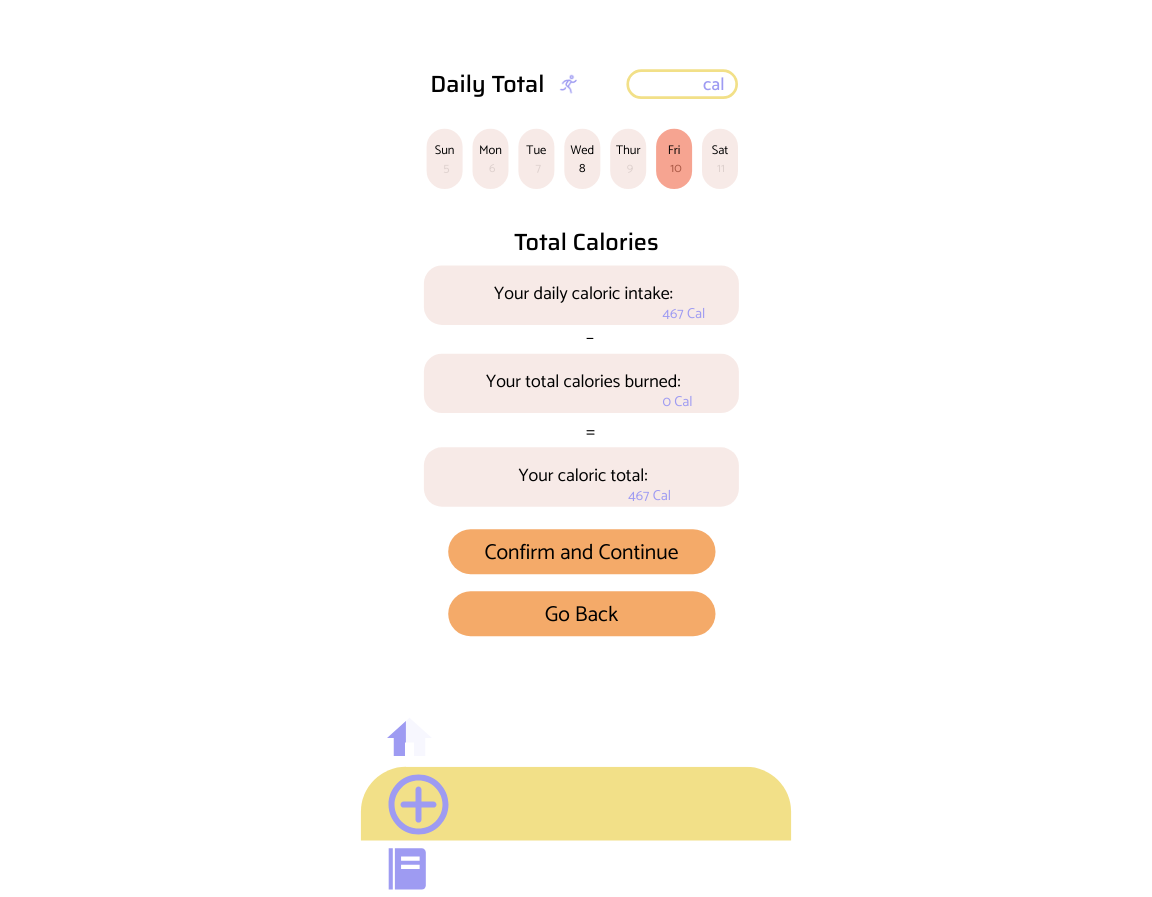
Repository: MeowCeline00/G5-Calorie-Tracker
Page: CalculateTotal/index.html
These files come from the project's save history. The page is drawn as it stood at one moment and after a run of saves; the edit follows.
The browser window is 1280 px wide. The pictures show the whole page, at 90% of full size.

Above is the page before, as saved 2024-05-26 14:13:03.
Console error: ReferenceError: renderLandingPage is not defined

After the next 4 saves:
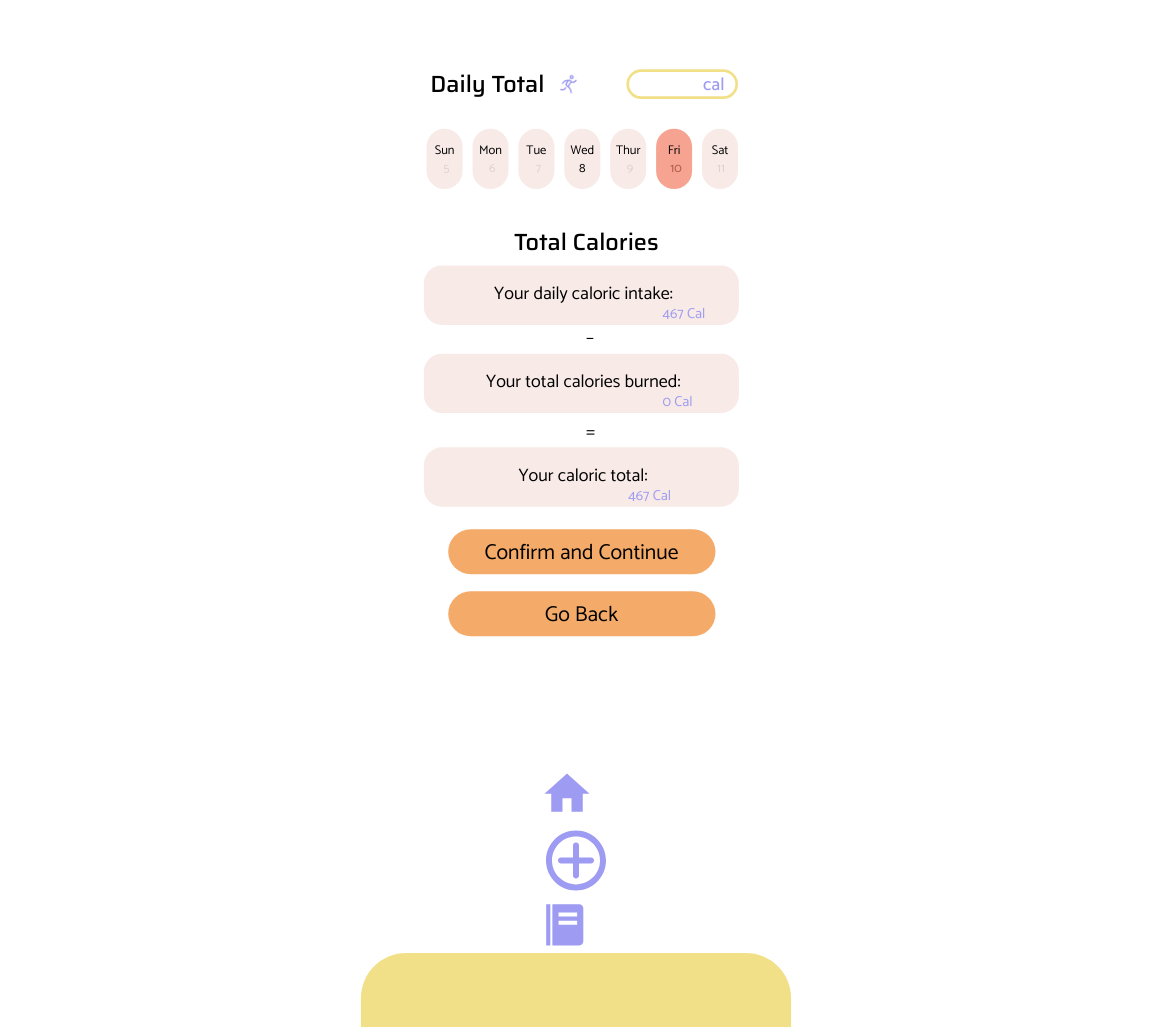
The 4 saves are shown as one change because they came seconds apart.
The last was saved 18 s later.
--- a/CalculateTotal/index.html
+++ b/CalculateTotal/index.html
@@ -77,26 +77,25 @@
     		<div class="cal2">0   Cal</div>
     		<div class="cal3">467 Cal</div>
   	</div>
-
+  	<div class="navContainer">
+		<nav class="navbar">
+		  <div class="navItem" onclick="navigateTo('home')">
+			<img src="/images/home_icon.svg" alt="Home" width="60" height="60" />
+		  </div>
+		  <div class="addButtonContainer">
+			<div class="addnewButton" onclick="navigateTo('addNew')">
+			  <img src="/images/add_icon.svg" alt="Add" width="80" height="80" />
+			</div>
+		  </div>
+		  <div class="navItem" onclick="navigateTo('recipes')">
+			<img src="/images/recipes_icon.svg" alt="Recipes" width="55" height="55" />
+		  </div>
+		</nav>
+	  </div>
+	  <script src="/scripts/app.js"></script>
+	  <script src="/scripts/navbar.js"></script>
   	<div class="navBarContainer">
 		<div class="navBar">
-			<div class="navContainer">
-				<nav class="navbar">
-				  <div class="navItem" onclick="navigateTo('home')">
-					<img src="/images/home_icon.svg" alt="Home" width="60" height="60" />
-				  </div>
-				  <div class="addButtonContainer">
-					<div class="addnewButton" onclick="navigateTo('addNew')">
-					  <img src="/images/add_icon.svg" alt="Add" width="80" height="80" />
-					</div>
-				  </div>
-				  <div class="navItem" onclick="navigateTo('recipes')">
-					<img src="/images/recipes_icon.svg" alt="Recipes" width="55" height="55" />
-				  </div>
-				</nav>
-			  </div>
-			  <script src="/scripts/app.js"></script>
-			  <script src="/scripts/navbar.js"></script>
 
 		</div>
 	</div>
